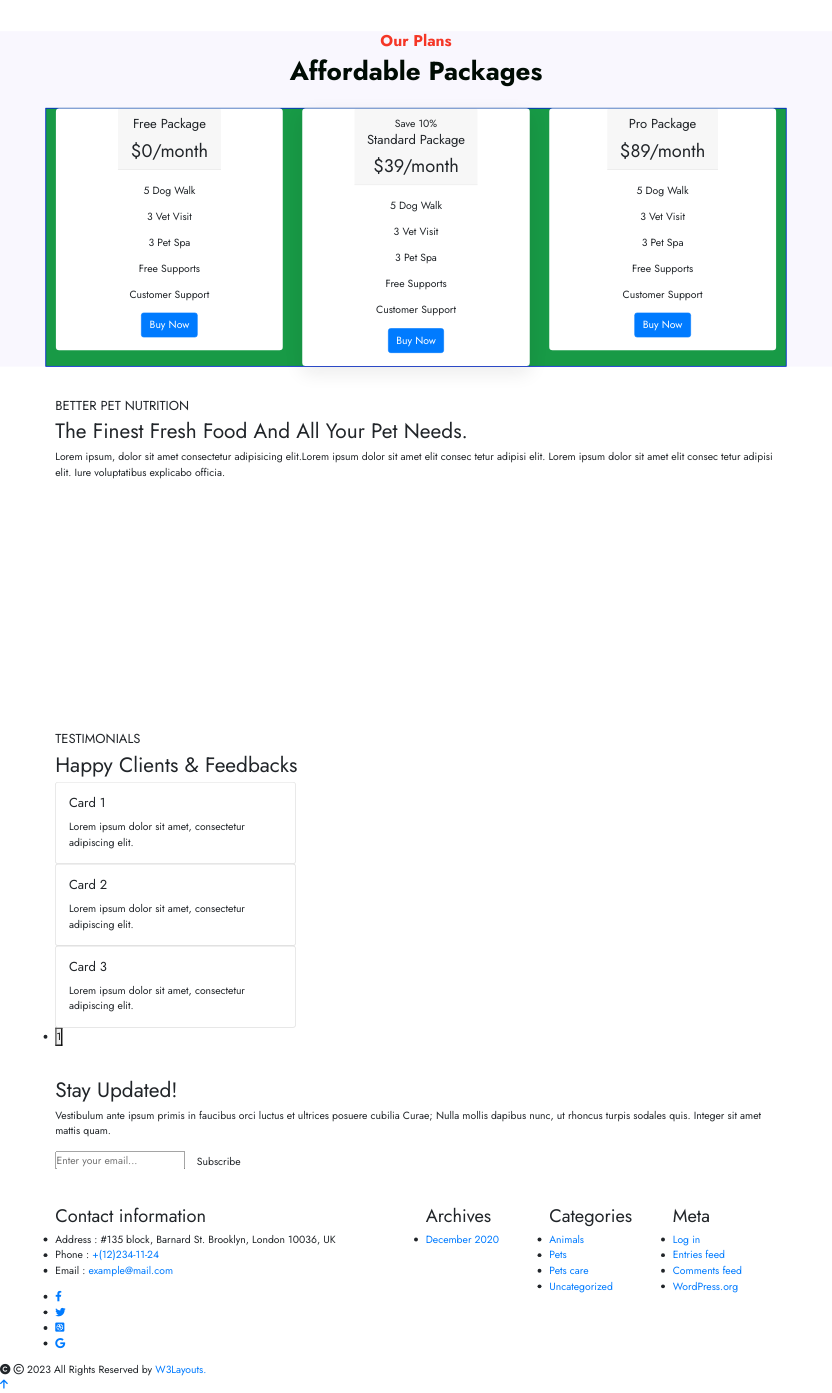
Repository: thanhfrankie/poochcare
Page: index.html
The author's editor kept a copy of each file at every save. The page is drawn from the files as they stood at one save, then again after the next save.
The browser window is 1280 px wide. The pictures show the whole page, at 65% of full size.
Pictures or frames that could not be fetched are drawn as grey boxes.

Above is the page before, as saved 2023-12-20 21:52:27.

After the next save:
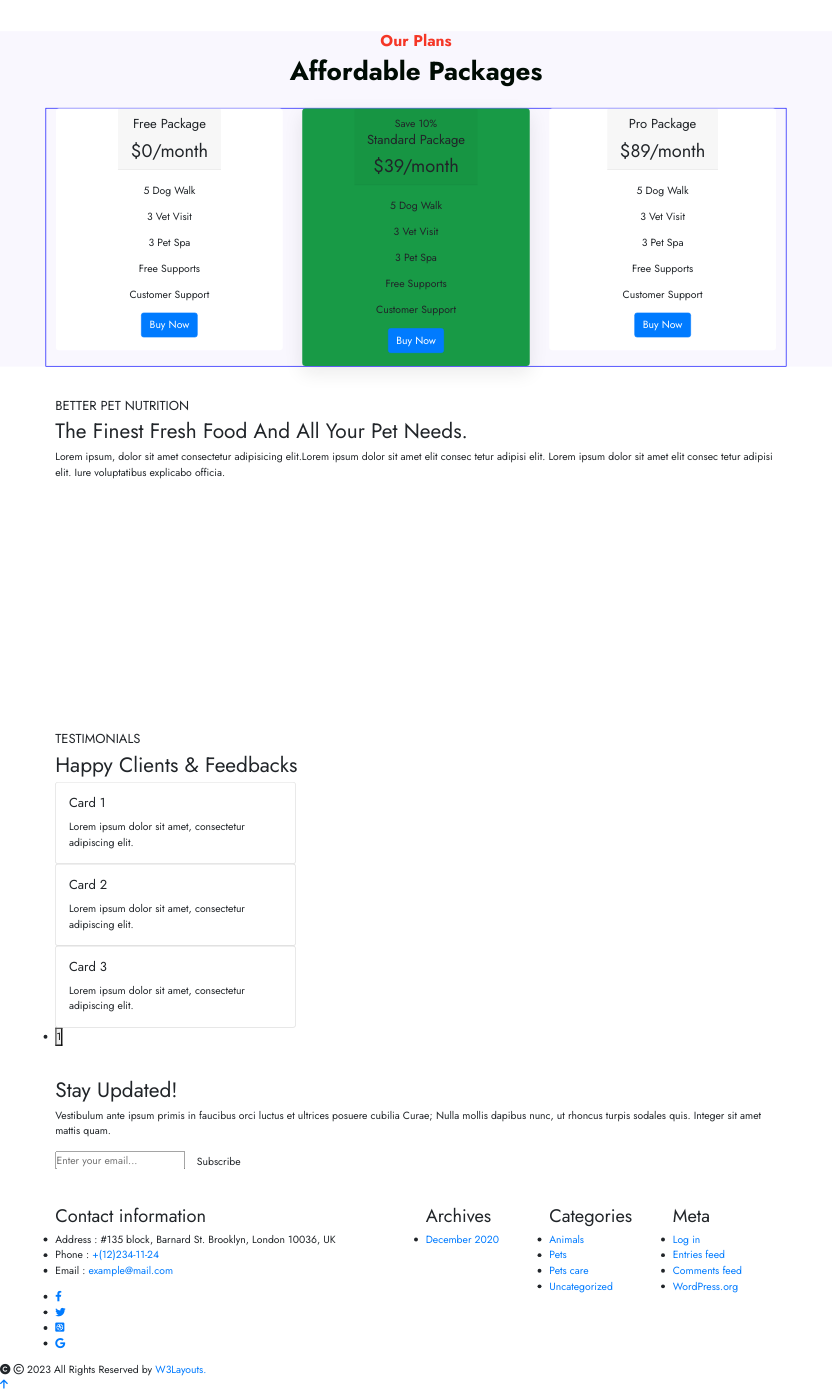
Saved 9 s later.
--- a/css/pricing.css
+++ b/css/pricing.css
@@ -43,6 +43,6 @@
     padding: 0 30px;
     z-index: 1;
  }
- .pricing .container .row {
+ .pricing .container .row .card2 {
     background-color:#189A46;
  }
